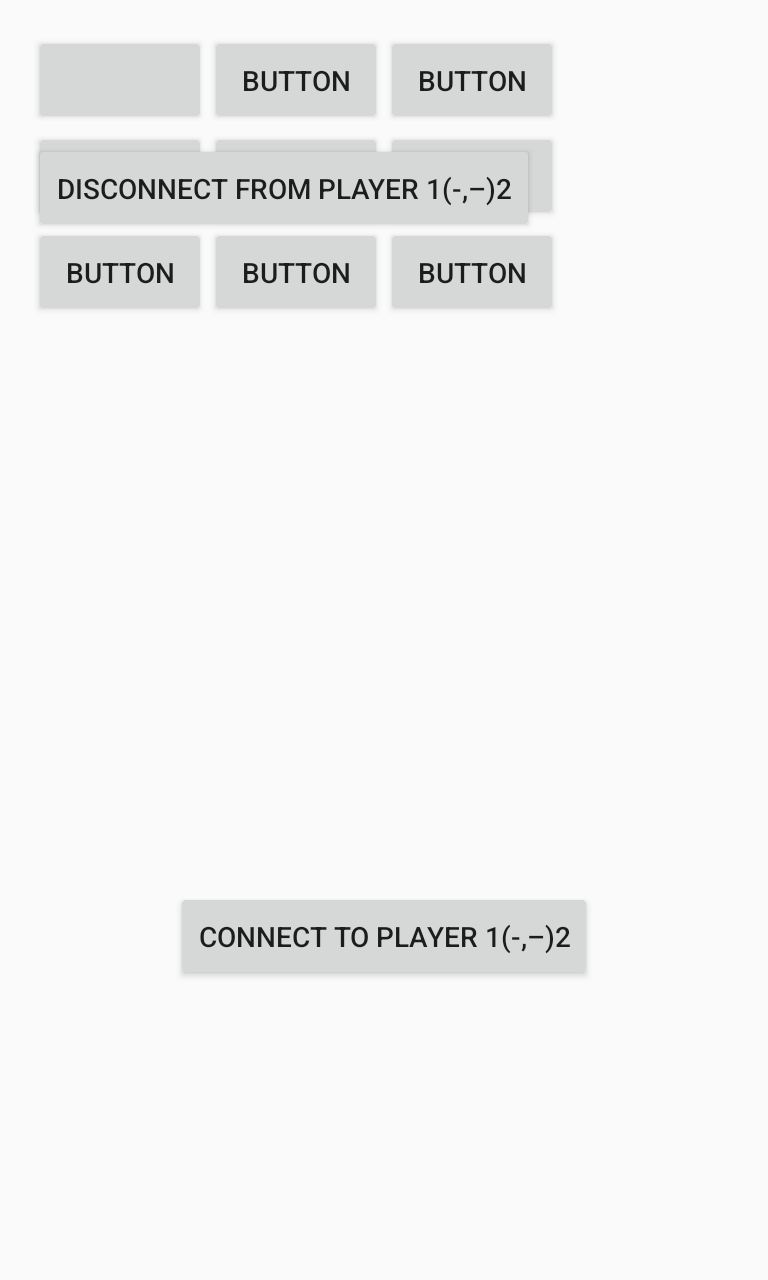
Repository: BananaGames/telecommProject
Layout: client/TelecommClient/res/layout/activity_main.xml
The author's editor kept a copy of each file at every save. The layout is drawn from the files as they stood at one save, then again after the next save.
It is drawn on a 768 x 1280 px phone screen (xhdpi) without system bars, with theme AppTheme; the app's code is not run.

Above is the layout before, as saved 2014-11-17 23:47:01.

After the next save:
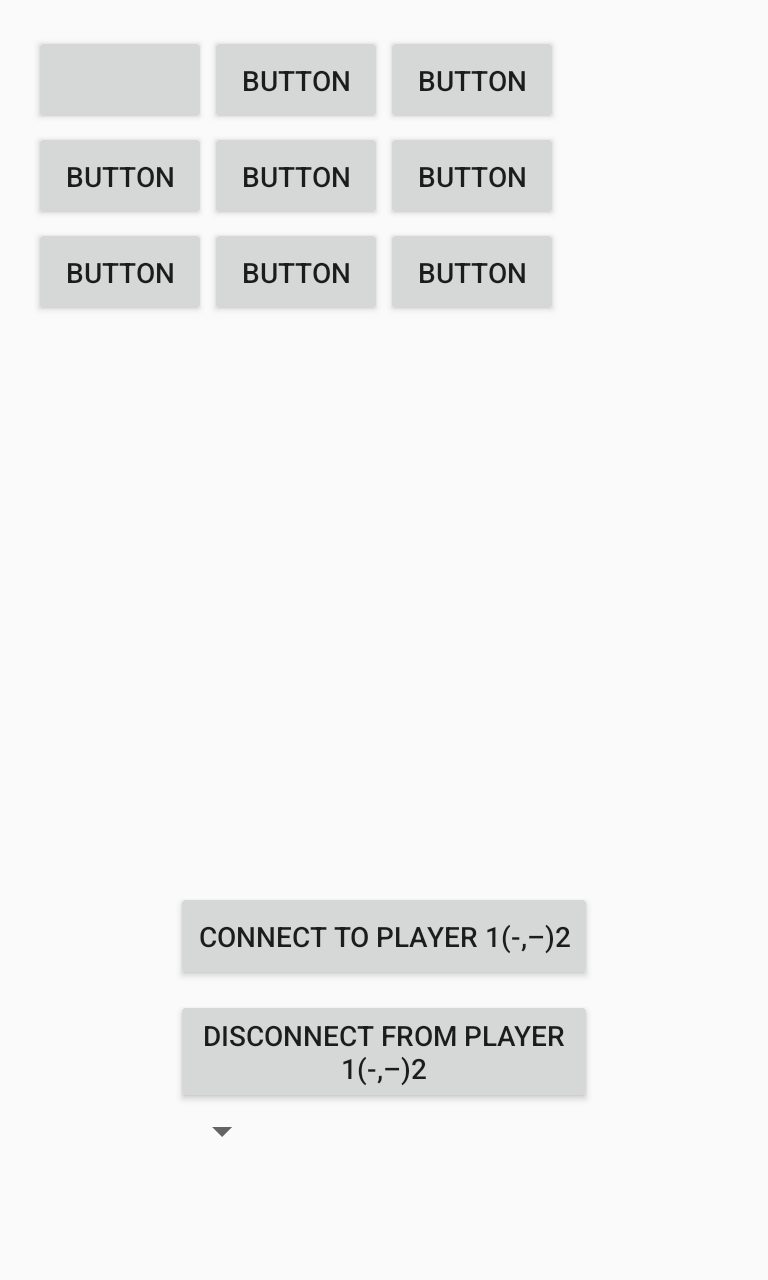
Saved 26 s later.
--- a/client/TelecommClient/res/layout/activity_main.xml
+++ b/client/TelecommClient/res/layout/activity_main.xml
@@ -21,9 +21,9 @@
         android:id="@+id/button2"
         android:layout_width="wrap_content"
         android:layout_height="wrap_content"
-        android:layout_alignLeft="@+id/button1"
-        android:layout_alignRight="@+id/button1"
-        android:layout_alignTop="@+id/button1"
+        android:layout_alignLeft="@+id/buttonConnect"
+        android:layout_alignRight="@+id/buttonConnect"
+        android:layout_alignTop="@+id/buttonConnect"
         android:layout_marginTop="54dp"
         android:text="@string/disconnect_string" />
 
